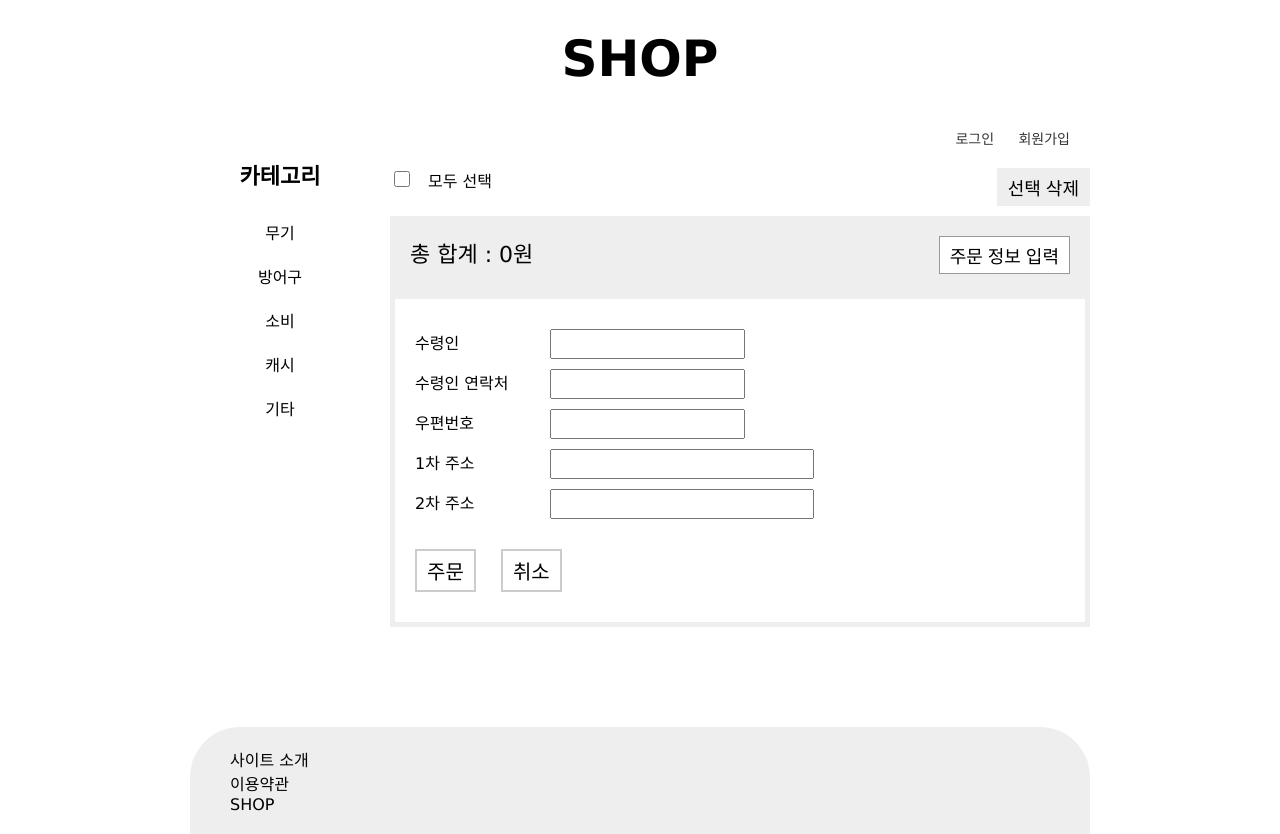
Repository: leesoonyong/shopping-mall
Page: http://localhost/shop/WEB-INF/views/shop/cartList.jsp
These files come from the project's save history. The page is drawn as it stood at one moment and after the next save; the edit follows.
The browser window is 1280 px wide. The pictures show the whole page.
The page is served by Tomcat 9. Nobody is signed in. Other server files are loaded and not shown. The template is opened directly, without the code that normally fills it, so the values that code supplies are empty.

Above is the page before, as saved 2020-09-15 03:09:02.

### shop/src/main/webapp/WEB-INF/views/shop/cartList.jsp
<%@ taglib uri="http://java.sun.com/jsp/jstl/core" prefix="c" %>
<%@ taglib prefix="fmt" uri="http://java.sun.com/jsp/jstl/fmt"%>
<%@ page language="java" contentType="text/html; charset=UTF-8" pageEncoding="UTF-8"%>
<!DOCTYPE html>
<html>
<head>
<meta charset="UTF-8">
<script src='https://code.jquery.com/jquery-3.3.1.min.js'></script>
<style>
body {
	margin: 0;
	padding: 0;
	font-family: '맑은 고딕', verdana;
}

a {
	color: #05f;
	text-decoration: none;
}

a:hover {
	text-decoration: underline;
}

h1, h2, h3, h4, h5, h6 {
	margin: 0;
	padding: 0;
}

ul, lo, li {
	margin: 0;
	padding: 0;
	list-style: none;
}

/* ---------- */
div#root {
	width: 900px;
	margin: 0 auto;
}

header#header {

}

nav#nav {

}

section#container {

}

section#content {
	float: right;
	width: 700px;
}

aside#aside {
	float: left;
	width: 180px;
}

section#container::after {
	content: "";
	display: block;
	clear: both;
}

footer#footer {
	background: #eee;
	padding: 20px;
}

/* ---------- */
header#header div#header_box {
	text-align: center;
	padding: 30px 0;
}

header#header div#header_box h1 {
	font-size: 50px;
}

header#header div#header_box h1 a {
	color: #000;
}

nav#nav div#nav_box {
	font-size: 14px;
	padding: 10px;
	text-align: right;
}

nav#nav div#nav_box li {
	display: inline-block;
	margin: 0 10px;
}

nav#nav div#nav_box li a {
	color: #333;
}

section#container {

}

aside#aside h3 {
	font-size: 22px;
	margin-bottom: 20px;
	text-align: center;
}

aside#aside li {
	font-size: 16px;
	text-align: center;
}

aside#aside li a {
	color: #000;
	display: block;
	padding: 10px 0;
}

aside#aside li a:hover {
	text-decoration: none;
	background: #eee;
}

footer#footer {
	margin-top: 100px;
	border-radius: 50px 50px 0 0;
}

footer#footer div#footer_box {
	padding: 0 20px;
}

aside#aside li {
	position: relative;
}

aside#aside li:hover {
	background: #eee;
}

aside#aside li>ul.low {
	display: none;
	position: absolute;
	top: 0;
	left: 180px;
}

aside#aside li:hover>ul.low {
	display: block;
}

aside#aside li:hover>ul.low li a {
	background: #eee;
	border: 1px solid #eee;
}

aside#aside li:hover>ul.low li a:hover {
	background: #fff;
}

aside#aside li>ul.low li {
	width: 180px;
}
/*
section#content ul li {
	display: inline-block;
	margin: 10px;
}

section#content div.goodsThumb img {
	width: 200px;
	height: 200px;
}

section#content div.goodsName {
	padding: 10px 0;
	text-align: center;
}

section#content div.goodsName a {
	color: #000;
}
*/
 section#content ul li { margin:10px 0; }
 section#content ul li img { width:250px; height:250px; }
 section#content ul li::after { content:""; display:block; clear:both; }
 section#content div.thumb { float:left; width:250px; }
 section#content div.gdsInfo { float:right; width:calc(100% - 270px); }
 section#content div.gdsInfo { font-size:20px; line-height:2; }
 section#content div.gdsInfo span { display:inline-block; width:100px; font-weight:bold; margin-right:10px; }
 section#content div.gdsInfo .delete { text-align:right; }
 section#content div.gdsInfo .delete button { font-size:22px;
            padding:5px 10px; border:1px solid #eee; background:#eee;}



.allCheck { float:left; width:200px; }
.allCheck input { width:16px; height:16px; }
.allCheck label { margin-left:10px; }
.delBtn { float:right;  text-align:right; }
.delBtn button { font-size:18px; padding:5px 10px; border:1px solid #eee; background:#eee;}

.checkBox { width:30px; }
.checkBox input { width:16px; height:16px; }


.listResult { padding:20px; background:#eee; }
.listResult .sum { float:left; width:45%; font-size:22px; }

.listResult .orderOpne { float:right; width:45%; text-align:right; }
.listResult .orderOpne button { font-size:18px; padding:5px 10px; border:1px solid #999; background:#fff;}
.listResult::after { content:""; display:block; clear:both; }

.orderInfo { border:5px solid #eee; padding:20px; }
.orderInfo .inputArea { margin:10px 0; }
.orderInfo .inputArea label { display:inline-block; width:120px; margin-right:10px; }
.orderInfo .inputArea input { font-size:14px; padding:5px; }
#userAddr2, #userAddr3 { width:250px; }

.orderInfo .inputArea:last-child { margin-top:30px; }
.orderInfo .inputArea button { font-size:20px; border:2px solid #ccc; padding:5px 10px; background:#fff; margin-right:20px;}
</style>
</head>
<body>
<div id="root">
	<header id="header">
		<div id="header_box">
			<%@ include file="../include/header.jsp" %>
		</div>
	</header>

	<nav id="nav">
		<div id="nav_box">
			<%@ include file="../include/nav.jsp" %>
		</div>
	</nav>

	<section id="container">
		<aside id="aside">
			<%@ include file="../include/aside.jsp" %>
		</aside>
		<div id="container_box">
			<section id="content">
					<ul>
						<li>
							<div class="allCheck">
								<input type="checkbox" name="allCheck" id="allCheck" />
								<label	for="allCheck">모두 선택</label>
								<script>
									$("#allCheck").click(function(){
										 var chk = $("#allCheck").prop("checked");
										 if(chk) {
										  $(".chBox").prop("checked", true);
										 } else {
										  $(".chBox").prop("checked", false);
										 }
									});
								</script>
							</div>

							<div class="delBtn">
								<button type="button" class="selectDelete_btn">선택 삭제</button>

								<script>
								$(".selectDelete_btn").click(function(){
									var confirm_val = confirm("정말 삭제하시겠습니까?");

									if(confirm_val){
										var checkArr = new Array();

										$("input[class='chBox']:checked").each(function(){
											checkArr.push($(this).attr("data-cartNum"));
										});

										$.ajax({
											url : "/shop/deleteCart",
											type : "post",
											data : {
												chbox : checkArr
											},
											success : function(result){
												if(result == 1){
													location.href = "/shop/cartList";
												}else{
													alert("삭제 실패");
												}
											}
										});
									}
								});



								</script>
							</div>

						</li>
						<c:set var="sum" value="0"/>
						<c:forEach items="${cartList}" var="cartList">
							<li>
								<div class="checkBox">
									<input type="checkbox" name="chBox" class="chBox" data-cartNum="${cartList.cartNum}" />
									<script>
										$(".chBox").click(function(){
											$("#allCheck").prop("checked", false);
										});
									</script>
								</div>

								<div class="thumb">
									<img src="${cartList.gdsThumbImg}" />
								</div>
								<div class="gdsInfo">
									<p>
										<span>상품명</span>${cartList.gdsName}<br />
										<span>개당 가격</span>
										<fmt:formatNumber pattern="###,###,###" value="${cartList.gdsPrice}"/> 원<br />
										<span>구입 수량</span>${cartList.cartStock} 개<br />
										<span>최종가격</span>
										<fmt:formatNumber pattern="###,###,###" value="${cartList.gdsPrice * cartList.cartStock}" /> 원
									</p>

									<div class="delete">
										<button type="button" class="delete_${cartList.cartNum}_btn" data-cartNum="${cartList.cartNum}">삭제</button>
										<script>
											$(".delete_${cartList.cartNum}_btn").click(function(){
												var confirm_val = confirm("정말 삭제하시겠습니까?");

												if(confirm_val){
													var checkArr = new Array();

													checkArr.push($(this).attr("data-cartNum"));


													$.ajax({
														url : "/shop/deleteCart",
														type : "post",
														data : {
															chbox : checkArr
														},
														success : function(result){
															if(result == 1){
																location.href = "/shop/cartList";
															}else{
																alert("삭제 실패");
															}
														}
													});
												}
											});
										</script>
									</div>
								</div>
							</li>
						<c:set var="sum" value="${sum + (cartList.gdsPrice * cartList.cartStock)}"/>
						</c:forEach>
					</ul>
					<div class="listResult">
						<div class="sum">
							총 합계 : <fmt:formatNumber pattern="###,###,###" value="${sum}"/>원
						</div>
						<div class="orderOpne">
							<button type="button" class="orderOpne_bnt">주문 정보 입력</button>
						</div>
					</div>
					<div class="orderInfo">
						<form method="post">
							<input type="hidden" name="amount" value="${sum}"/>

							<div class="inputArea">
								<label for="">수령인</label>
								<input type="text" name="orderRec" id="orderRec" required="required"/>
							</div>

							<div class="inputArea">
								<label for="orderPhon">수령인 연락처</label>
								<input type="text" name="orderRec" id="orderRec" required="required"/>
							</div>

							<div class="inputArea">
								<label for="userAddr">우편번호</label>
								<input type="text" name="userAddr1" id="userAddr1" required="required"/>
							</div>

							<div class="inputArea">
								<label for="userAddr2">1차 주소</label>
								<input type="text" name="userAddr2" id="userAddr2" required="required"/>
							</div>

							<div class="inputArea">
								<label for="userAddr3">2차 주소</label>
								<input type="text" name="userAddr3" id="userAddr3" required="required"/>
							</div>

							<div class="inputArea">
								<button type="submit" class="order_btn">주문</button>
								<button type="button" class="cancel_btn">취소</button>
							</div>
						</form>

					</div>
				</section>
		</div>
	</section>

	<footer id="footer">
		<div id="footer_box">
			<%@ include file="../include/footer.jsp" %>
		</div>
	</footer>
</div>
</body>
</html>

### shop/src/main/webapp/WEB-INF/views/include/header.jsp
<%@ taglib uri="http://java.sun.com/jsp/jstl/core" prefix="c" %>
<%@ page language="java" contentType="text/html; charset=UTF-8" pageEncoding="UTF-8"%>
<h1 class="title">
	<a href="/">SHOP</a>
</h1>

### shop/src/main/webapp/WEB-INF/views/include/nav.jsp
<%@ taglib uri="http://java.sun.com/jsp/jstl/core" prefix="c" %>
<%@ page language="java" contentType="text/html; charset=UTF-8" pageEncoding="UTF-8"%>
<ul>
<c:if test="${member == null}">
	<li>
		<a href="/member/signIn">로그인</a>
	</li>
	<li>
		<a href="/member/signUp">회원가입</a>
	</li>
</c:if>
<c:if test="${member != null}">
	<c:if test="${member.verify == 9}">
	<li>
		<a href="/admin/index">관리자 화면</a>
	</li>
	</c:if>
	<li>
		${member.userName}님 환영합니다.
	</li>
	<li>
		<a href="/shop/cartList">카트 리스트</a>
	</li>
	<li>
		<a href="/member/signOut">로그아웃</a>
	</li>
</c:if>
</ul>

### shop/src/main/webapp/WEB-INF/views/include/aside.jsp
<%@ taglib uri="http://java.sun.com/jsp/jstl/core" prefix="c" %>
<%@ page language="java" contentType="text/html; charset=UTF-8" pageEncoding="UTF-8"%>

<h3>카테고리</h3>
<ul>
	<li><a href="/shop/list?c=100&l=1">무기</a>
		<ul class="low">
			<li><a href="/shop/list?c=101&l=2">아케인셰이드</a></li>
			<li><a href="/shop/list?c=102&l=2">앱솔랩스</a></li>
			<li><a href="/shop/list?c=103&l=2">파프니르</a></li>
			<li><a href="/shop/list?c=104&l=2">펜살리르</a></li>
			<li><a href="/shop/list?c=105&l=2">무스펠</a></li>
			<li><a href="/shop/list?c=106&l=2">네크로</a></li>
		</ul>
	</li>
	<li><a href="/shop/list?c=200&l=1">방어구</a>
		<ul class="low">
			<li><a href="/shop/list?c=201&l=2">아케인셰이드</a></li>
			<li><a href="/shop/list?c=202&l=2">앱솔랩스</a></li>
			<li><a href="/shop/list?c=203&l=2">파프니르</a></li>
			<li><a href="/shop/list?c=204&l=2">펜살리르</a></li>
			<li><a href="/shop/list?c=205&l=2">무스펠</a></li>
			<li><a href="/shop/list?c=206&l=2">네크로</a></li>
		</ul>
	</li>
	<li><a href="/shop/list?c=300&l=1">소비</a>
		<ul class="low">
			<li><a href="/shop/list?c=301&l=2">회복 아이템</a></li>
			<li><a href="/shop/list?c=302&l=2">연금술 아이템</a></li>
			<li><a href="/shop/list?c=303&l=2">주문서</a></li>
			<li><a href="/shop/list?c=304&l=2">스킬북</a></li>
			<li><a href="/shop/list?c=305&l=2">기타</a></li>
		</ul>
	</li>
	<li><a href="/shop/list?c=400&l=1">캐시</a>
		<ul class="low">
			<li><a href="/shop/list?c=401&l=2">강화</a></li>
			<li><a href="/shop/list?c=402&l=2">게임</a></li>
			<li><a href="/shop/list?c=403&l=2">코디</a></li>
			<li><a href="/shop/list?c=404&l=2">뷰티</a></li>
			<li><a href="/shop/list?c=405&l=2">펫</a></li>
			<li><a href="/shop/list?c=406&l=2">기타</a></li>
		</ul>

	</li>
	<li><a href="/shop/list?c=500&l=1">기타</a>
		<ul class="low">
			<li><a href="/shop/list?c=501&l=2">의자</a></li>
			<li><a href="/shop/list?c=502&l=2">전문기술</a></li>
		</ul>
	</li>
</ul>

### shop/src/main/webapp/WEB-INF/views/include/footer.jsp
<%@ taglib uri="http://java.sun.com/jsp/jstl/core" prefix="c" %>
<%@ page language="java" contentType="text/html; charset=UTF-8" pageEncoding="UTF-8"%>
<ul>
	<li>사이트 소개</li>
	<li>이용약관</li>
	<li>SHOP</li>
</ul>

After the next save:
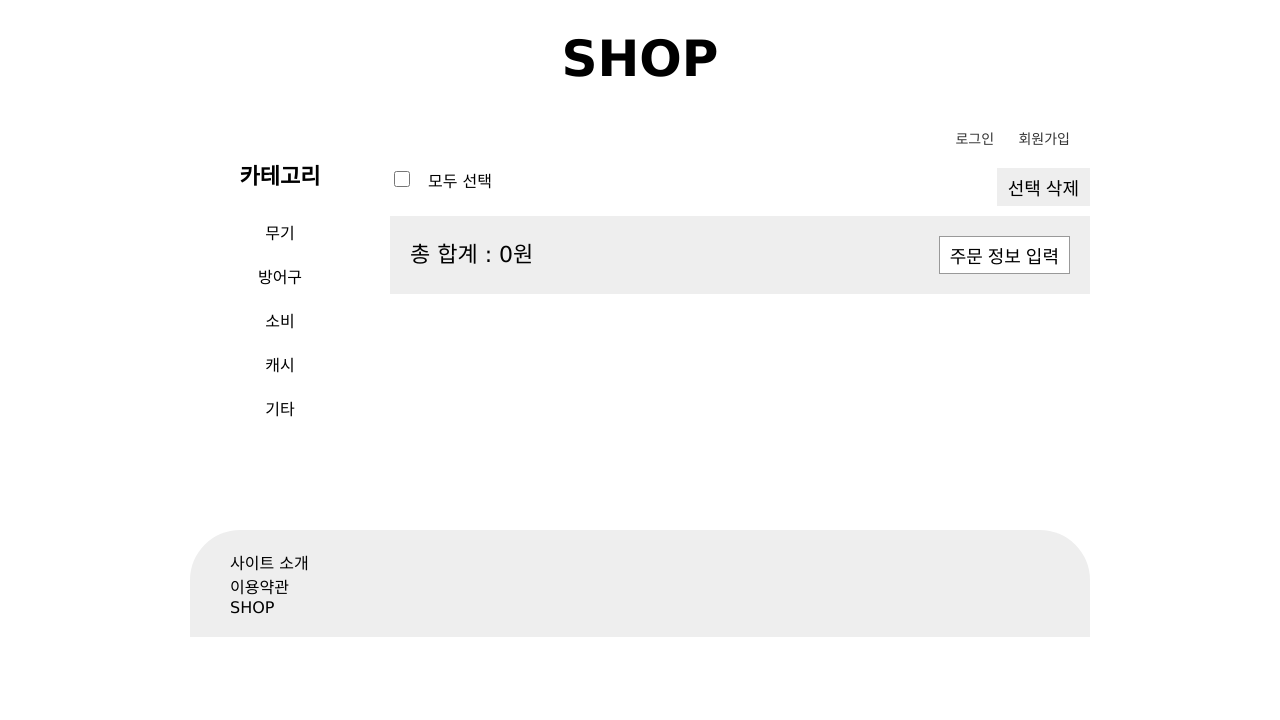
Saved 15 min 56 s later.
--- a/shop/src/main/webapp/WEB-INF/views/shop/cartList.jsp
+++ b/shop/src/main/webapp/WEB-INF/views/shop/cartList.jsp
@@ -217,7 +217,7 @@ section#content div.goodsName a {
 .listResult .orderOpne button { font-size:18px; padding:5px 10px; border:1px solid #999; background:#fff;}
 .listResult::after { content:""; display:block; clear:both; }
 
-.orderInfo { border:5px solid #eee; padding:20px; }
+.orderInfo { border:5px solid #eee; padding:20px; display:none;}
 .orderInfo .inputArea { margin:10px 0; }
 .orderInfo .inputArea label { display:inline-block; width:120px; margin-right:10px; }
 .orderInfo .inputArea input { font-size:14px; padding:5px; }
